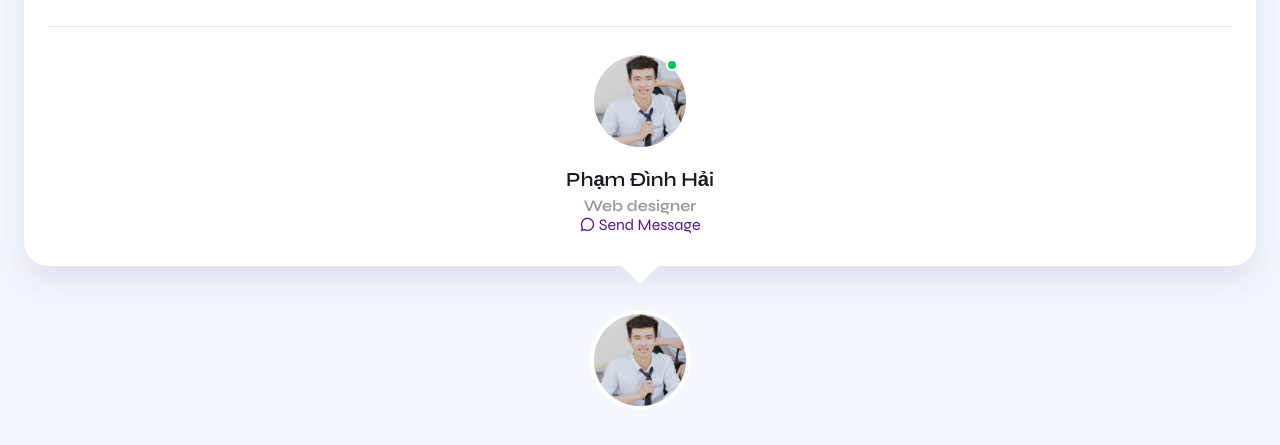
Repository: dinhhaidh/Profile
Page: index.html
These files come from the project's save history. The page is drawn as it stood at one moment and after a run of saves; the edit follows.
The browser window is 1280 px wide. The pictures show the whole page.
Some web libraries are served in a nearby version.

Above is the page before, as saved 2024-02-29 09:28:46.

After the next 5 saves:
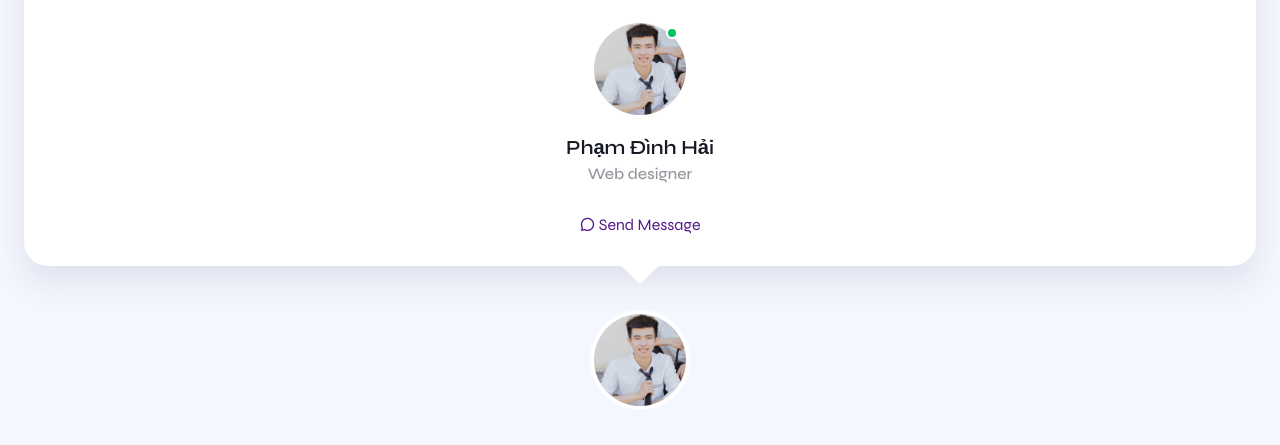
The 5 saves are shown as one change because they came seconds apart.
The last was saved 19 s later.
--- a/style.css
+++ b/style.css
@@ -168,6 +168,8 @@ img {
 
 .card__profession {
     font-size: var(--normal-font-size);
+    font-weight: 500;
+    margin-bottom: 2rem;
 }
 
 .card__button {}
